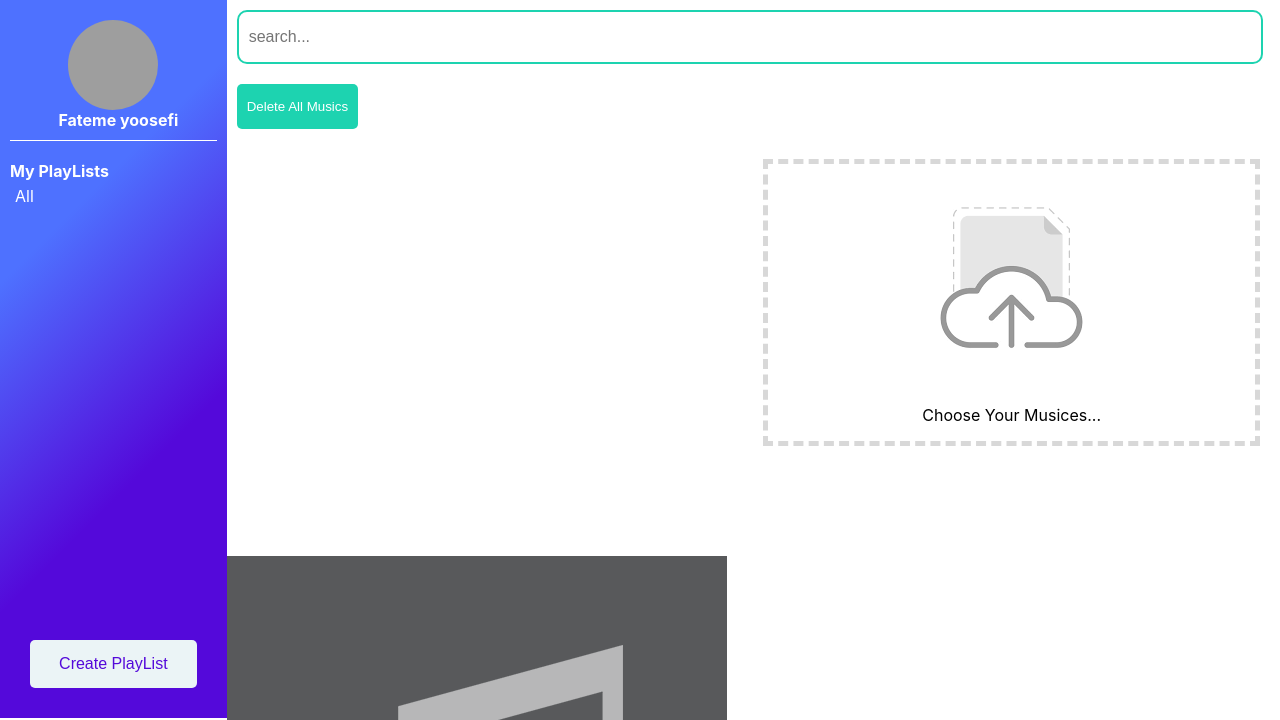
Repository: fateme81yosefi/musicPlayer
Page: /
The author's editor kept a copy of each file at every save. The page is drawn from the files as they stood at one save, then again after the next save.
The browser window is 1280 px wide. The pictures show the whole page.
Pictures or frames that could not be fetched are drawn as grey boxes. An inner scrolling area shows only its first screen. The project was rebuilt for these pictures with package versions that can differ from the ones it lists, and the page was loaded fresh each time.

Above is the page before, as saved 2025-06-28 14:13:37.

After the next save:
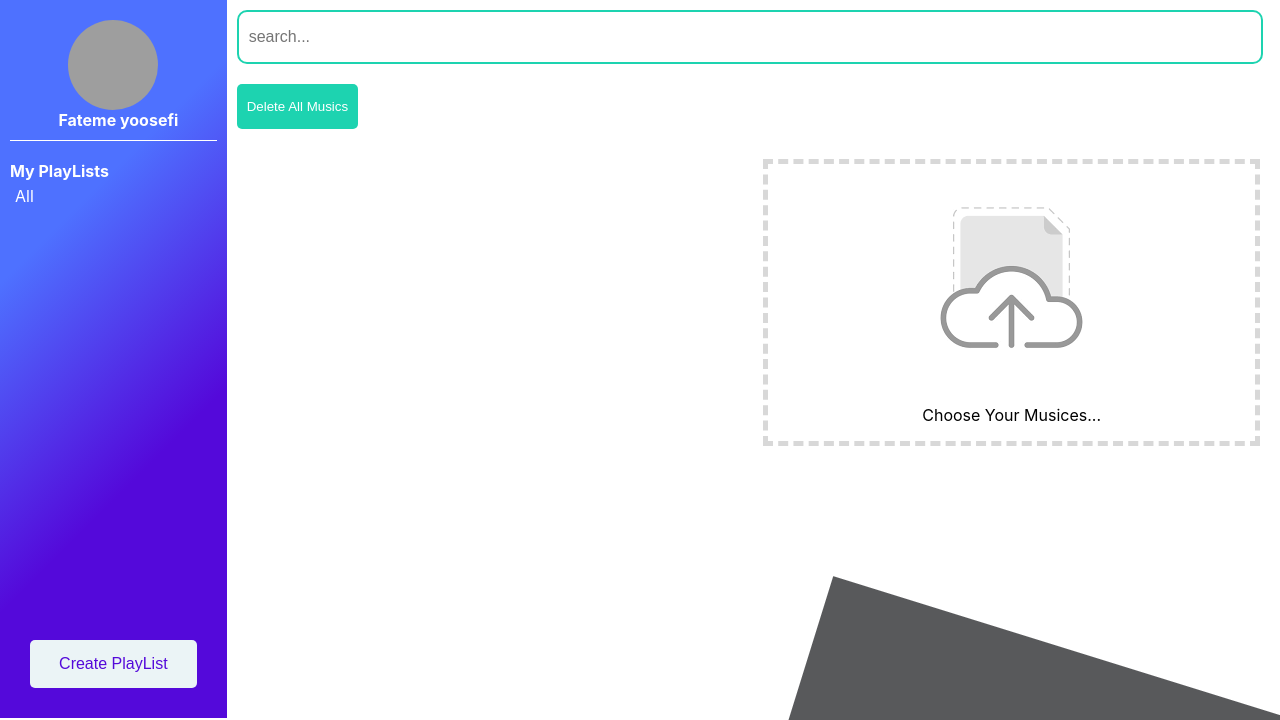
Saved 8 s later.
--- a/src/Components/MainPage/MainPage.css
+++ b/src/Components/MainPage/MainPage.css
@@ -141,3 +141,30 @@ h3,
 h4 {
   color: white;
 }
+@keyframes spin-slow {
+  0% {
+    transform: rotate(0deg);
+  }
+  100% {
+    transform: rotate(360deg);
+  }
+}
+
+.animate-spin-slow {
+  animation: spin-slow 10s linear infinite;
+}
+
+@keyframes fade-in {
+  from {
+    opacity: 0;
+    transform: translateY(20px);
+  }
+  to {
+    opacity: 1;
+    transform: translateY(0);
+  }
+}
+
+.animate-fade-in {
+  animation: fade-in 1s ease-out forwards;
+}

After the 3 saves that followed:
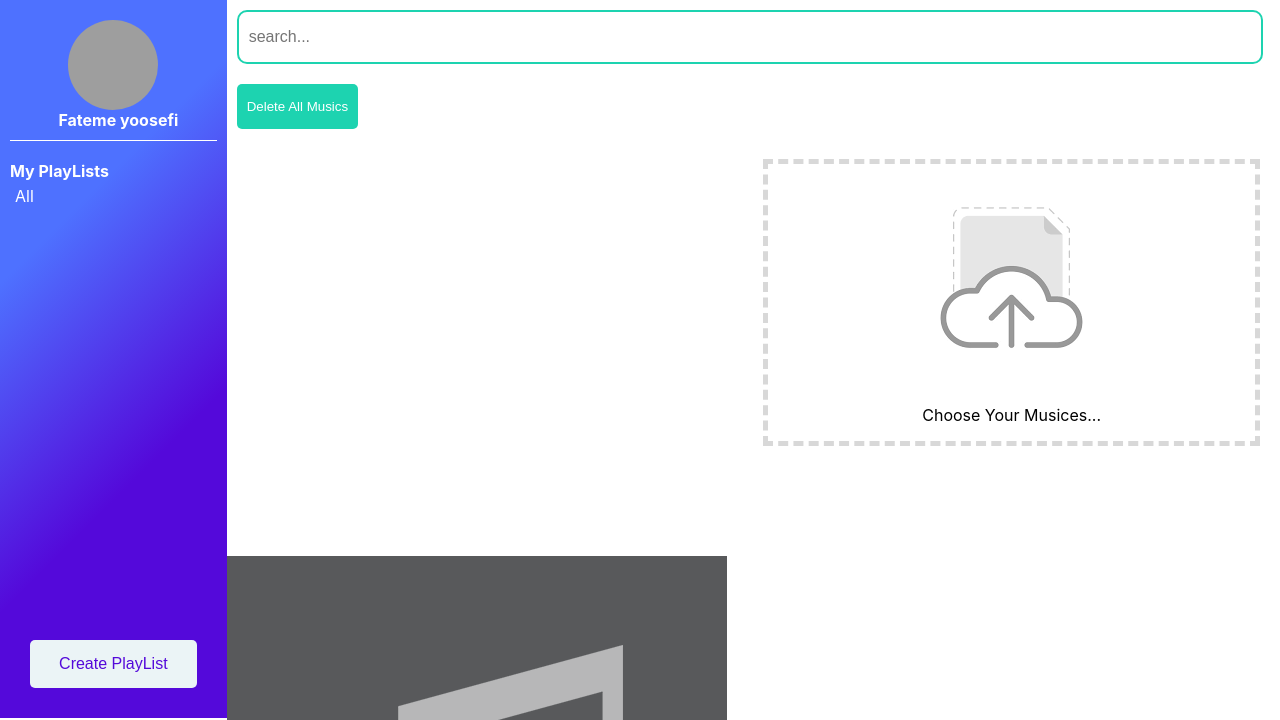
The 3 saves are shown as one change because they came seconds apart.
The last was saved 28 s later.
--- a/src/Components/MainPage/MainPage.css
+++ b/src/Components/MainPage/MainPage.css
@@ -141,30 +141,3 @@ h3,
 h4 {
   color: white;
 }
-@keyframes spin-slow {
-  0% {
-    transform: rotate(0deg);
-  }
-  100% {
-    transform: rotate(360deg);
-  }
-}
-
-.animate-spin-slow {
-  animation: spin-slow 10s linear infinite;
-}
-
-@keyframes fade-in {
-  from {
-    opacity: 0;
-    transform: translateY(20px);
-  }
-  to {
-    opacity: 1;
-    transform: translateY(0);
-  }
-}
-
-.animate-fade-in {
-  animation: fade-in 1s ease-out forwards;
-}
